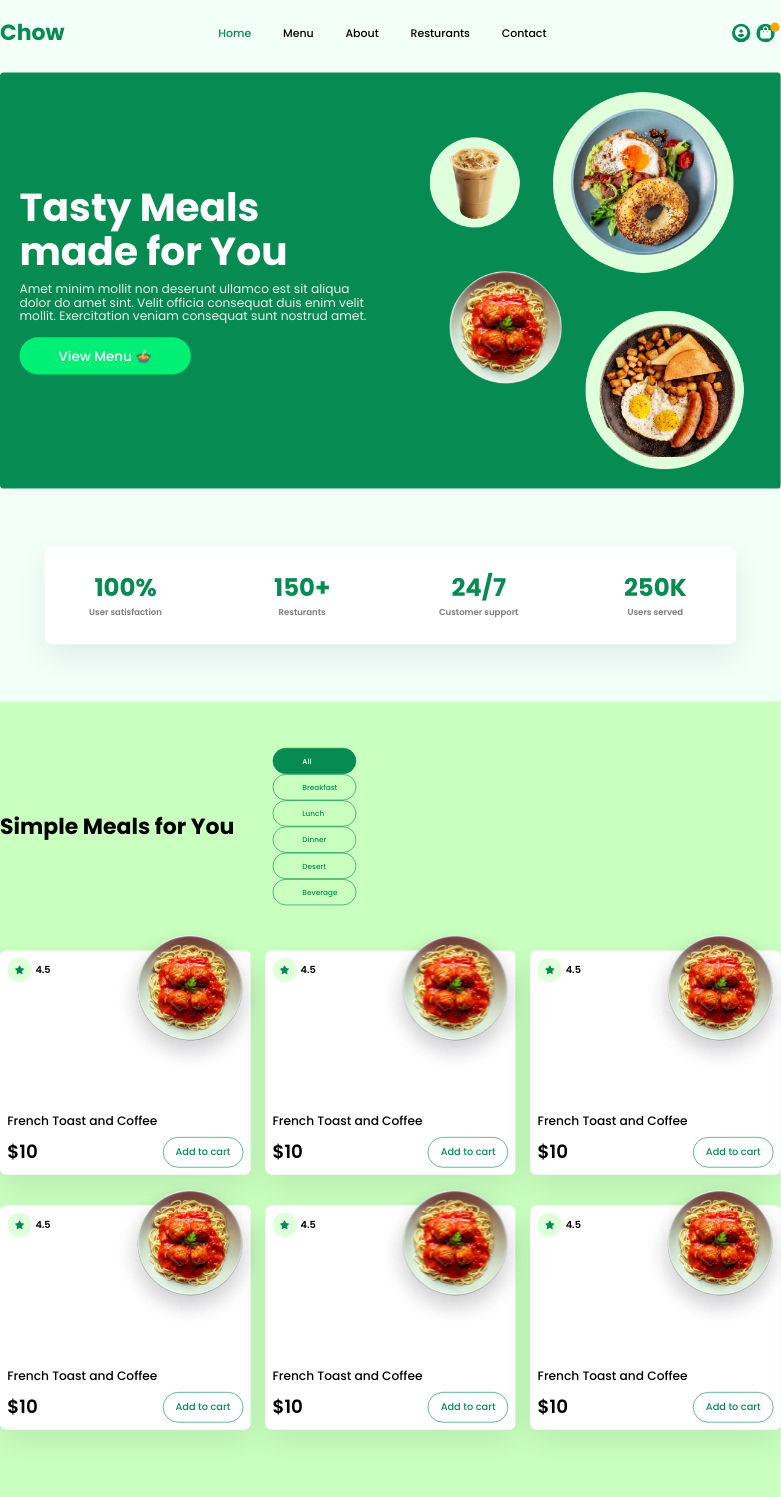
Repository: nguyennam1029/balbal
Page: index.html
An editor plug-in stored every save of this project. The page is shown before and after the next save, followed by the edit.
The browser window is 1280 px wide. The pictures show the whole page, at 61% of full size.
Some web libraries are served in a nearby version.

Above is the page before, as saved 2022-07-06 17:23:17.

### index.html
<!DOCTYPE html>
<html lang="en">
  <head>
    <meta charset="UTF-8" />
    <meta http-equiv="X-UA-Compatible" content="IE=edge" />
    <meta name="viewport" content="width=device-width, initial-scale=1.0" />
    <title>Chow</title>
    <link
      rel="stylesheet"
      href="https://cdnjs.cloudflare.com/ajax/libs/font-awesome/6.1.1/css/all.min.css"
      integrity="sha512-KfkfwYDsLkIlwQp6LFnl8zNdLGxu9YAA1QvwINks4PhcElQSvqcyVLLD9aMhXd13uQjoXtEKNosOWaZqXgel0g=="
      crossorigin="anonymous"
      referrerpolicy="no-referrer"
    />
    <link rel="stylesheet" href="css/grid.css" />
    <link rel="stylesheet" href="css/style.css" />
  </head>
  <body>
    <div class="app">
      <div class="grid wide">
        <div class="menu">
          <a href="#" class="menu-left">Chow</a>
          <ul class="menu-center">
            <li class="menu-center-item">
              <a href="#" class="menu-center--link active">Home</a>
            </li>
            <li class="menu-center-item">
              <a href="#" class="menu-center--link">Menu</a>
            </li>
            <li class="menu-center-item">
              <a href="#" class="menu-center--link">About</a>
            </li>
            <li class="menu-center-item">
              <a href="#" class="menu-center--link">Resturants</a>
            </li>
            <li class="menu-center-item">
              <a href="#" class="menu-center--link">Contact</a>
            </li>
          </ul>
          <ul class="menu-right">
            <li class="menu-right-item">
              <a href="#" class="menu-right--link">
                <i class="fa-solid fa-circle-user"></i>
              </a>
            </li>
            <li class="menu-right-item">
              <a href="#" class="menu-right--link active">
                <i class="fa-solid fa-bag-shopping"></i>
                <span class="menu-right--circle"></span>
              </a>
            </li>
          </ul>
        </div>
        <div class="banner">
          <div class="row">
            <div class="col l-6 m-12 c-12">
              <div class="banner-info">
                <h1 class="banner-title">Tasty Meals made for You</h1>
                <span class="banner-des"
                  >Amet minim mollit non deserunt ullamco est sit aliqua dolor
                  do amet sint. Velit officia consequat duis enim velit mollit.
                  Exercitation veniam consequat sunt nostrud amet.</span
                >
                <a href="#" class="banner-btn"> View Menu 🍲 </a>
              </div>
            </div>
            <div class="col l-6 m-12 c-12">
              <div class="banner-img">
                <img src="images/banner1.png" alt="" />
              </div>
            </div>
          </div>
        </div>
        <div class="statistical">
          <div class="row">
            <div class="col l-3 m-6 c-12">
              <div class="statistical-item">
                <h3 class="statistical-item--title">100%</h3>
                <span class="statistical-item--des">User satisfaction</span>
              </div>
            </div>
            <div class="col l-3 m-6 c-12">
              <div class="statistical-item">
                <h3 class="statistical-item--title">150+</h3>
                <span class="statistical-item--des">Resturants</span>
              </div>
            </div>
            <div class="col l-3 m-6 c-12">
              <div class="statistical-item">
                <h3 class="statistical-item--title">24/7</h3>
                <span class="statistical-item--des">Customer support</span>
              </div>
            </div>
            <div class="col l-3 m-6 c-12">
              <div class="statistical-item">
                <h3 class="statistical-item--title">250K</h3>
                <span class="statistical-item--des">Users served</span>
              </div>
            </div>
          </div>
        </div>
      </div>
      <div class="product">
        <div class="grid wide">
          <div class="product-top row">
            <div class="col l-4 m-12 c-12">
              <h3 class="product-heading">Simple Meals for You</h3>
            </div>
            <div class="col l-8 m-12 c-12">
              <ul class="tab-list col l-12 m-12 c-12">
                <li class="tab-item active l-2 m-3 c-4">All</li>
                <li class="tab-item l-2 m-3 c-4">Breakfast</li>
                <li class="tab-item l-2 m-3 c-4">Lunch</li>
                <li class="tab-item l-2 m-3 c-4">Dinner</li>
                <li class="tab-item l-2 m-3 c-4">Desert</li>
                <li class="tab-item l-2 m-3 c-4">Beverage</li>
              </ul>
            </div>
          </div>
          <div class="product-list">
            <div class="row">
              <div class="col l-4 m-6 c-12">
                <div class="product-item">
                  <img
                    class="product-item--img"
                    src="images/product1.png"
                    alt=""
                  />
                  <div class="product-item--rating">
                    <i class="fa-solid fa-star"></i>
                    <span>4.5</span>
                  </div>
                  <div class="product-item--content">
                    <h4 class="product-item--name">French Toast and Coffee</h4>
                    <div class="product-item--footer">
                      <span class="product-item--price">$10</span>
                      <a href="#" class="product-item--btn">Add to cart</a>
                    </div>
                  </div>
                </div>
              </div>

              <div class="col l-4 m-6 c-12">
                <div class="product-item">
                  <img
                    class="product-item--img"
                    src="images/product1.png"
                    alt=""
                  />
                  <div class="product-item--rating">
                    <i class="fa-solid fa-star"></i>
                    <span>4.5</span>
                  </div>
                  <div class="product-item--content">
                    <h4 class="product-item--name">French Toast and Coffee</h4>
                    <div class="product-item--footer">
                      <span class="product-item--price">$10</span>
                      <a href="#" class="product-item--btn">Add to cart</a>
                    </div>
                  </div>
                </div>
              </div>

              <div class="col l-4 m-6 c-12">
                <div class="product-item">
                  <img
                    class="product-item--img"
                    src="images/product1.png"
                    alt=""
                  />
                  <div class="product-item--rating">
                    <i class="fa-solid fa-star"></i>
                    <span>4.5</span>
                  </div>
                  <div class="product-item--content">
                    <h4 class="product-item--name">French Toast and Coffee</h4>
                    <div class="product-item--footer">
                      <span class="product-item--price">$10</span>
                      <a href="#" class="product-item--btn">Add to cart</a>
                    </div>
                  </div>
                </div>
              </div>

              <div class="col l-4 m-6 c-12">
                <div class="product-item">
                  <img
                    class="product-item--img"
                    src="images/product1.png"
                    alt=""
                  />
                  <div class="product-item--rating">
                    <i class="fa-solid fa-star"></i>
                    <span>4.5</span>
                  </div>
                  <div class="product-item--content">
                    <h4 class="product-item--name">French Toast and Coffee</h4>
                    <div class="product-item--footer">
                      <span class="product-item--price">$10</span>
                      <a href="#" class="product-item--btn">Add to cart</a>
                    </div>
                  </div>
                </div>
              </div>

              <div class="col l-4 m-6 c-12">
                <div class="product-item">
                  <img
                    class="product-item--img"
                    src="images/product1.png"
                    alt=""
                  />
                  <div class="product-item--rating">
                    <i class="fa-solid fa-star"></i>
                    <span>4.5</span>
                  </div>
                  <div class="product-item--content">
                    <h4 class="product-item--name">French Toast and Coffee</h4>
                    <div class="product-item--footer">
                      <span class="product-item--price">$10</span>
                      <a href="#" class="product-item--btn">Add to cart</a>
                    </div>
                  </div>
                </div>
              </div>

              <div class="col l-4 m-6 c-12">
                <div class="product-item">
                  <img
                    class="product-item--img"
                    src="images/product1.png"
                    alt=""
                  />
                  <div class="product-item--rating">
                    <i class="fa-solid fa-star"></i>
                    <span>4.5</span>
                  </div>
                  <div class="product-item--content">
                    <h4 class="product-item--name">French Toast and Coffee</h4>
                    <div class="product-item--footer">
                      <span class="product-item--price">$10</span>
                      <a href="#" class="product-item--btn">Add to cart</a>
                    </div>
                  </div>
                </div>
              </div>
            </div>
          </div>
        </div>
      </div>
    </div>
  </body>
</html>

### css/style.css
@import url('https://fonts.googleapis.com/css2?family=Poppins:wght@400;500;600;700&display=swap');

*,
*::before,
*::after {
    box-sizing: border-box;
}

* {
    margin : 0;
    padding: 0;
}

html {
    font-family: 'Poppins',
        sans-serif;
    font-size: 62.5%;
}

html,
body {
    height: 100%;
}

body {
    line-height: 1.5;
}

img,
picture,
video,
canvas,
svg {
    display  : block;
    max-width: 100%;
}

input,
button,
textarea,
select {
    font   : inherit;
    outline: none;
}

p,
h1,
h2,
h3,
h4,
h5,
h6 {
    overflow-wrap: break-word;
}

a {
    text-decoration: none;
}

ul {
    list-style: none;
}

.app {
    background-color: #f3fff9;
    padding-top     : 34px;
    overflow-x      : hidden;
}

.menu {
    display        : flex;
    justify-content: space-between;
    align-items    : center;
    margin         : 0 0 45px;
}

.menu-left {
    font-weight: 700;
    font-size  : 3.6rem;
    line-height: 40px;

    color: #068C52;
}

.menu-center,
.menu-right {
    display        : flex;
    justify-content: center;
    align-items    : center;
}

.menu-center--link {
    margin-right: 52px;
    font-weight : 500;
    font-size   : 1.8rem;
    line-height : 27px;
    color       : #000000;
}

.menu-center--link.active {
    color: #068C52;
}

.menu-right--link {
    margin-right         : 10px;
    display              : flex;
    justify-content      : center;
    align-items          : center;
    width                : 30px;
    height               : 30px;
    border-radius        : 50%;
    -webkit-border-radius: 50%;
    -moz-border-radius   : 50%;
    -ms-border-radius    : 50%;
    -o-border-radius     : 50%;
    background-color     : #068C52;
}

.menu-right--link i {
    color    : #fff;
    font-size: 2rem;
}

.menu-right--link.active {
    position: relative;
}

.menu-right--circle {
    position             : absolute;
    top                  : -2px;
    right                : -8px;
    width                : 15px;
    height               : 15px;
    background           : #FFA500;
    border-radius        : 50%;
    -webkit-border-radius: 50%;
    -moz-border-radius   : 50%;
    -ms-border-radius    : 50%;
    -o-border-radius     : 50%;
}

.banner {
    background-color     : #068C52;
    border-radius        : 6px;
    -webkit-border-radius: 6px;
    -moz-border-radius   : 6px;
    -ms-border-radius    : 6px;
    -o-border-radius     : 6px;
    padding              : 32px;
}

.banner-info {
    display           : flex;
    justify-content   : center;
    /* align-items    : center; */
    flex-direction    : column;
    height            : 100%;
}

.banner-title {
    font-weight: 700;
    font-size  : 6.4rem;
    line-height: 72px;

    color: #FFFFFF;
}

.banner-des {
    font-weight: 400;
    font-size  : 2rem;
    line-height: 22px;
    display    : block;
    color      : #EFEFEF;
    margin     : 14px 0 24px;
}

.banner-btn {
    font-weight          : 500;
    font-size            : 2.2rem;
    line-height          : 33px;
    padding              : 14px 64px;
    /*Primary/White*/
    color                : #FFFFFF;
    background           : #00F076;
    border-radius        : 32px;
    -webkit-border-radius: 32px;
    -moz-border-radius   : 32px;
    -ms-border-radius    : 32px;
    -o-border-radius     : 32px;
    width                : fit-content;
}

.statistical {
    max-width    : 1134px;
    margin       : 94px auto;
    /* border    : 1px solid; */
    background   : #FFFFFF;
    /* Drop Shadow/High */
    padding      : 40px 0;
    box-shadow   : 0px 20px 50px rgba(18, 17, 39, 0.08);
    border-radius: 12px;
    text-align   : center;
}

.statistical-item--title {
    font-weight: 700;
    font-size  : 4rem;
    line-height: 140%;
    /* identical to box height, or 56px */

    text-align: center;

    color: #068C52;
}

.statistical-item--des {
    font-weight: 600;
    font-size  : 1.4rem;
    line-height: 180%;
    color      : rgba(18, 17, 39, 0.56);
}

.product {
    background-color: #c9ffbf;
    padding         : 76px 0 46px;
}

.product-top {
    display        : flex;
    justify-content: space-between;
    align-items    : center;
}

.product-heading {
    font-weight: 700;
    font-size  : 3.6rem;
    line-height: 40px;

    color: #000000;
}

.tab-list {
    /* display        : flex;
    justify-content: center;
    align-items    : center; */

}

.tab-item {
    padding           : 10px 48px;
    border            : 1px solid #068C52;
    border-radius     : 40px;
    display           : block;
    margin-right      : 10px;
    cursor            : pointer;
    transition        : .25s ease-in;
    -webkit-transition: .25s ease-in;
    -moz-transition   : .25s ease-in;
    -ms-transition    : .25s ease-in;
    -o-transition     : .25s ease-in;
    font-weight       : 500;
    font-size         : 1.2rem;
    line-height       : 21px;
    /* identical to box height, or 167% */


    color: #068C52;
}

.tab-item.active {
    background: #068C52;
    cursor    : default;
    color     : #fff;
}

.tab-item:hover {
    background: #068c5290;
    color     : rgb(242, 239, 239);
}

.product-list {
    margin: 24px 0 64px;
}

.product-item {
    background     : #FFFFFF;
    box-shadow     : 0px 20px 50px rgba(18, 17, 39, 0.08);
    border-radius  : 10px;
    min-height     : 368px;
    padding        : 12px;
    display        : flex;
    justify-content: space-between;

    flex-direction: column;
    position      : relative;
    margin-top    : 50px;
}

.product-item--img {
    position: absolute;
    top     : -86px;
    right   : -105px;
}

.product-item--rating {
    display           : flex;
    /* justify-content: center; */
    align-items       : center;
}

.product-item--rating i {
    width                : 40px;
    height               : 40px;
    font-size            : 1.4rem;
    border-radius        : 50%;
    color                : #068C52;
    background-color     : #E0FFDB;
    -webkit-border-radius: 50%;
    -moz-border-radius   : 50%;
    -ms-border-radius    : 50%;
    -o-border-radius     : 50%;
    display              : flex;
    justify-content      : center;
    align-items          : center;
}

.product-item--rating span {
    margin-left: 6px;
    font-weight: 600;
    font-size  : 1.6rem;
    line-height: 24px;
    /* identical to box height */


    color: #000000;
}

.product-item--name {
    font-weight: 500;
    font-size  : 2rem;
    line-height: 30px;
    /* identical to box height */

    font-feature-settings: 'liga'off;

    color        : #000000;
    margin-bottom: 12px;
}

.product-item--price {
    font-weight: 600;
    font-size  : 3rem;
    line-height: 45px;
    /* identical to box height */

    font-feature-settings: 'liga'off;

    color: #000000;
}

.product-item--footer {
    display        : flex;
    justify-content: space-between;
    align-items    : center;
    margin-bottom  : auto;
    z-index        : 3;
}

.product-item--btn {
    font-weight: 500;
    font-size  : 16px;
    line-height: 24px;
    /* identical to box height, or 150% */
    cursor     : pointer;

    color        : #068C52;
    padding      : 12px 20px;
    background   : #FFFFFF;
    border       : 1px solid #068C52;
    border-radius: 100px;
}

Loaded but not shown: css/grid.css (592 lines, source omitted)

After the next save:
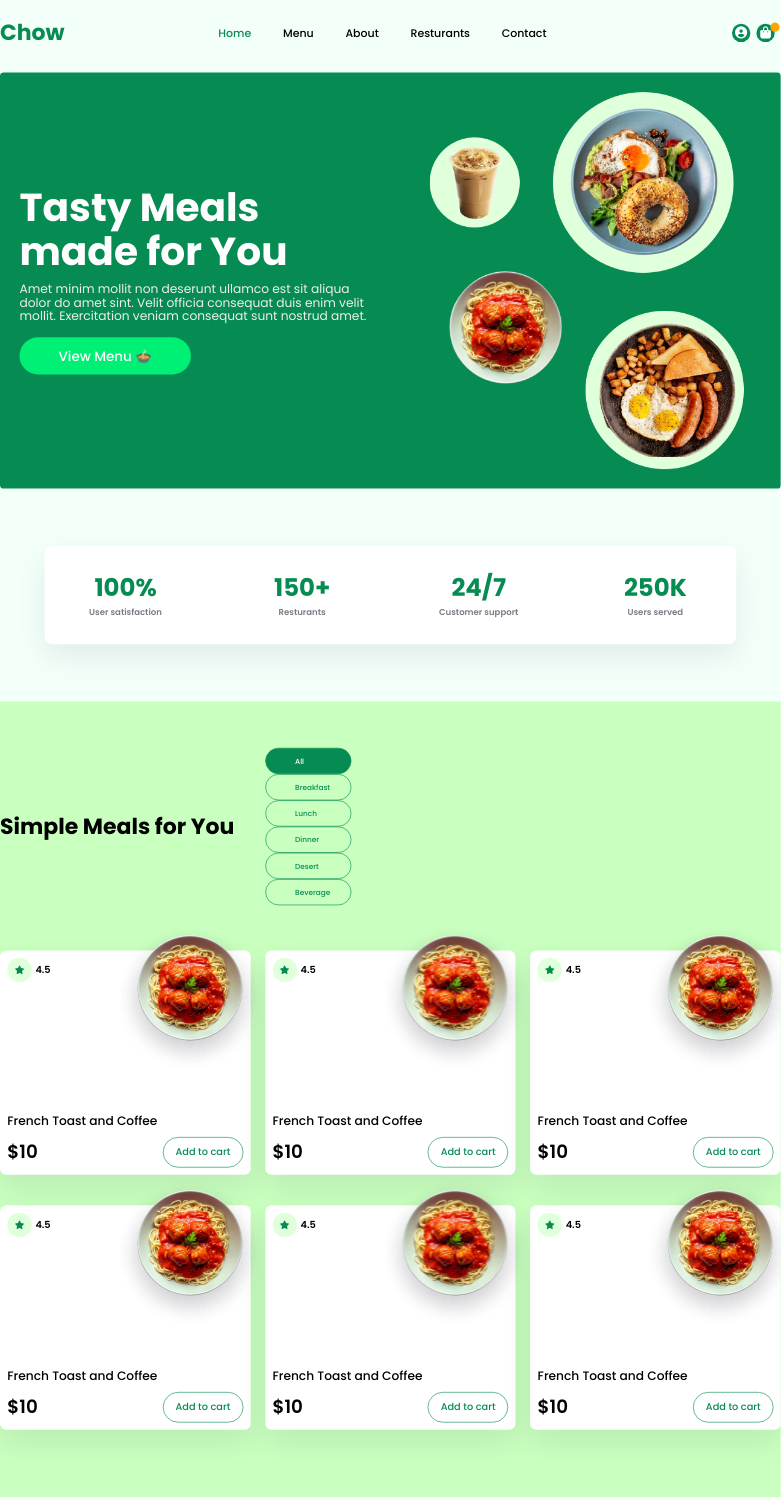
Saved 14 s later.
--- a/index.html
+++ b/index.html
@@ -107,7 +107,7 @@
               <h3 class="product-heading">Simple Meals for You</h3>
             </div>
             <div class="col l-8 m-12 c-12">
-              <ul class="tab-list col l-12 m-12 c-12">
+              <ul class="tab-list">
                 <li class="tab-item active l-2 m-3 c-4">All</li>
                 <li class="tab-item l-2 m-3 c-4">Breakfast</li>
                 <li class="tab-item l-2 m-3 c-4">Lunch</li>
